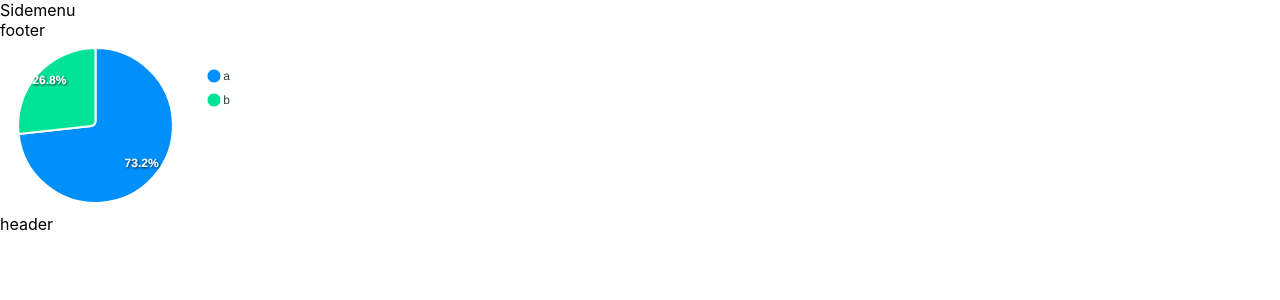
Repository: cheik253/21036
Page: /
An editor plug-in stored every save of this project. The page is shown before and after a run of saves, followed by the edit.
The browser window is 1280 px wide. The pictures show the whole page.
The project was rebuilt for these pictures with package versions that can differ from the ones it lists, and the page was loaded fresh each time.

Above is the page before, as saved 2024-02-22 20:26:32.

After the next 3 saves:
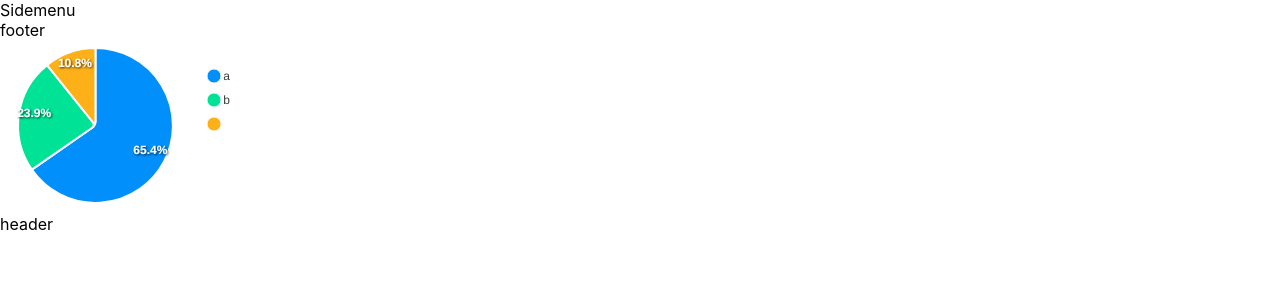
The 3 saves are shown as one change because they came seconds apart.
The last was saved 22 s later.
--- a/src/Components/Appfooter/index.js
+++ b/src/Components/Appfooter/index.js
@@ -14,8 +14,8 @@ footer
 }
 
 const PieChartComponent = () => {
-    const l1 = [334, 122];
-    const l2 = ['a', 'b'];
+    const l1 = [334, 122,55];
+    const l2 = ['a', 'b',''];
 
     const options = {
       labels: l2,
